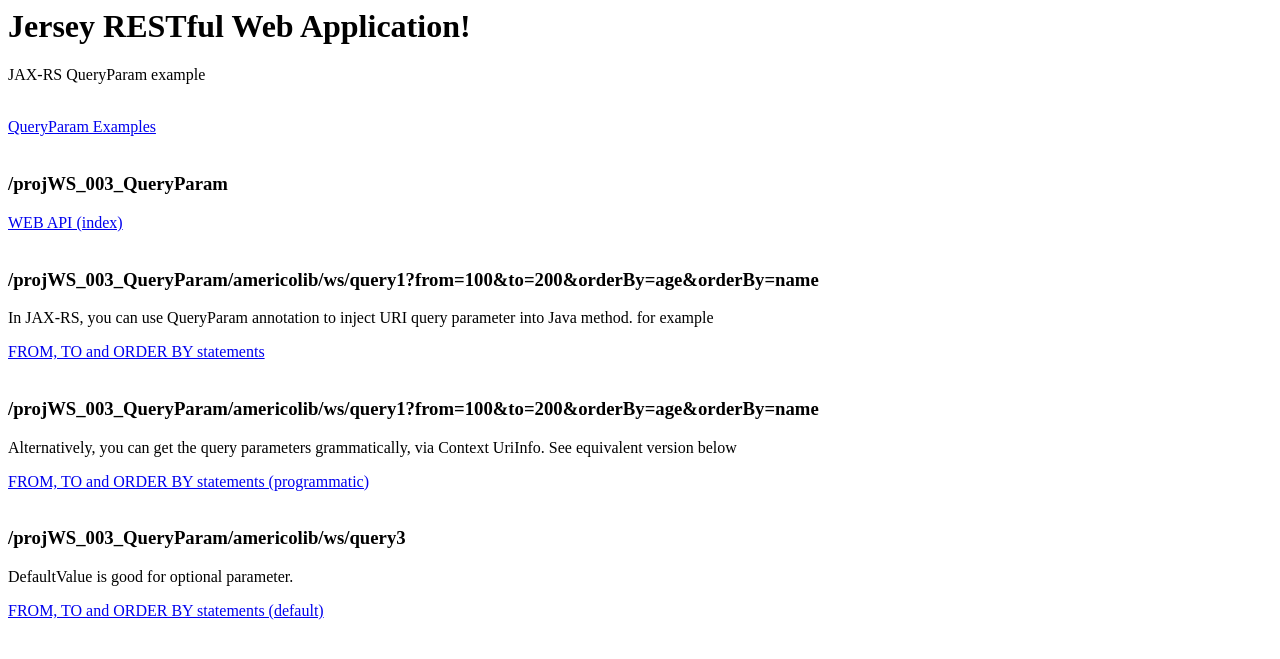
Repository: atafs/BackEnd_JAX-RS_REST_2continue
Page: http://localhost/projWS_003_QueryParam/
The author's editor kept a copy of each file at every save. The page is drawn from the files as they stood at one save, then again after the next save.
The browser window is 1280 px wide. The pictures show the whole page.
The page is served by Tomcat 9.

Above is the page before, as saved 2016-05-02 10:13:33.

After the next save:
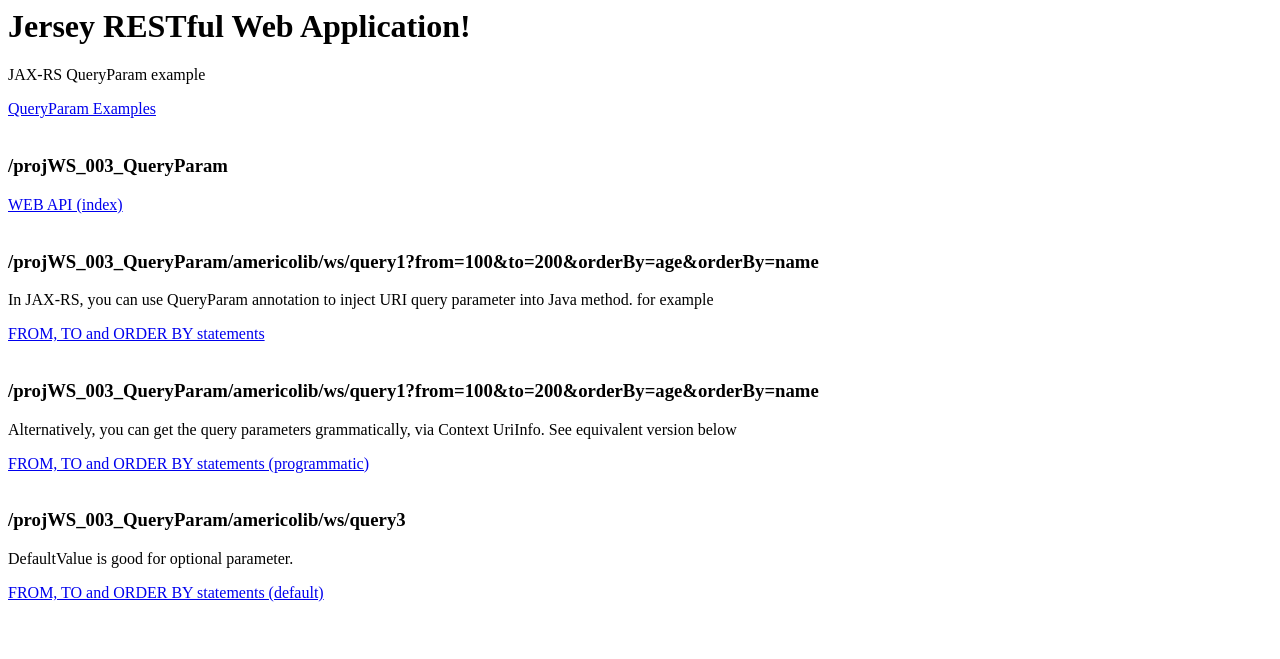
Saved 15 s later.
--- a/projWS_003_QueryParam/src/main/webapp/index.jsp
+++ b/projWS_003_QueryParam/src/main/webapp/index.jsp
@@ -5,7 +5,7 @@
 
 
 	<!-- TEXT -->
-	<p>JAX-RS QueryParam example</p><br/>
+	<p>JAX-RS QueryParam example</p>
 	<a href="http://www.mkyong.com/webservices/jax-rs/jax-rs-queryparam-example/">QueryParam Examples</a><br/><br/>
 
 
